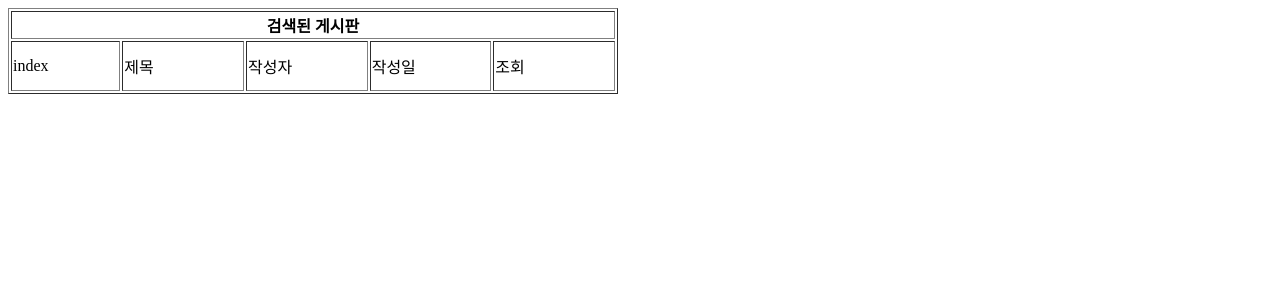
Repository: y2kim/workspace3
Page: http://localhost/WEB_MVC1_JSP_05_25/BoardSearhList.jsp
The author's editor kept a copy of each file at every save. The page is drawn from the files as they stood at one save, then again after the next save.
The browser window is 1280 px wide. The pictures show the whole page.
The page is served by Tomcat 9. Other server files are loaded and not shown.

Above is the page before, as saved 2018-06-04 10:09:02.

### WEB_MVC1_JSP_05_25/WebContent/BoardSearhList.jsp
<%@page import="bean.BoradDAO"%>
<%@ page language="java" contentType="text/html; charset=UTF-8"
    pageEncoding="UTF-8"%>
<!DOCTYPE html PUBLIC "-//W3C//DTD HTML 4.01 Transitional//EN" "http://www.w3.org/TR/html4/loose.dtd">
<html>
<head>
<meta http-equiv="Content-Type" content="text/html; charset=UTF-8">
<title>Insert title here</title>
</head>
<body>

		<%
		     String searchText = (String)request.getParameter("text");
		     BoradDAO bdao = new BoradDAO();
		%>
		<table border="1">
		<tr >
            <th colspan="5" width=600>검색된 게시판</th>
        </tr>
        <tr height=50>
            <td width=25>index</td>
            <td width=40>제목</td>
            <td width=40>작성자</td>
            <td width=40>작성일</td>
            <td width=40>조회</td>
        </tr>
		</table>
</body>
</html>

### WEB_MVC1_JSP_05_25/src/bean/BoradDAO.java
package bean;

import java.sql.Connection;
import java.sql.DriverManager;
import java.sql.PreparedStatement;
import java.sql.ResultSet;
import java.util.ArrayList;
import java.util.List;

public class BoradDAO {

	public Connection dbConnect() throws Exception {
		Class.forName("oracle.jdbc.driver.OracleDriver");
		String DB_URL = "jdbc:oracle:thin:@127.0.0.1:1521:XE";
		String DB_USER = "kh";
		String DB_PASSWORD = "kh";

		return  DriverManager.getConnection(DB_URL, DB_USER, DB_PASSWORD);
	}

	public int insertBorder(BorderInfos bifs , int val) throws Exception {
		Connection cons = dbConnect();
		String sql = "insert into board values(?,?,?,?,sysdate,?,?)";
		PreparedStatement pst = cons.prepareStatement(sql);
		pst.setInt(1,val);
		pst.setString(2,bifs.getTitle());
		pst.setString(3,bifs.getContents());
		pst.setString(4,bifs.getWriter());
		pst.setInt(5,bifs.getViewcount());
		pst.setString(6,bifs.getIp());
		int result = pst.executeUpdate();
		cons.commit();
		pst.close();
		cons.close();
		return result;
	}

	public List<BorderInfos> listBorder() throws Exception{
		List<BorderInfos> list = new ArrayList<>();
		Connection cons = dbConnect();
		String sql = "select * from board ORDER BY seq desc";
		PreparedStatement pst = cons.prepareStatement(sql);
		ResultSet rs = pst.executeQuery();
		while(rs.next()) {
			BorderInfos bifs = new BorderInfos();
			bifs.setSeq(rs.getInt(1));
			bifs.setTitle(rs.getString(2));
			bifs.setContents(rs.getString(3));
			bifs.setWriter(rs.getString(4));
			bifs.setWritedate(rs.getDate(5));
			bifs.setViewcount(rs.getInt(6));
			bifs.setIp(rs.getString(7));

			list.add(bifs);
		}
		rs.close();
		pst.close();
		cons.close();
		return list;
	}


	public List<BorderInfos> showGetPage(int seq) throws Exception{
		List<BorderInfos> list = new ArrayList<>();
		Connection cons = dbConnect();
		String sql = "select * from board where seq = ?";
		PreparedStatement pst = cons.prepareStatement(sql);
		pst.setInt(1,seq);
		ResultSet rs = pst.executeQuery();
		while (rs.next()) {
			BorderInfos bifs = new BorderInfos();
			bifs.setSeq(rs.getInt(1));
			bifs.setTitle(rs.getString(2));
			bifs.setContents(rs.getString(3));
			bifs.setWriter(rs.getString(4));
			bifs.setWritedate(rs.getDate(5));
			bifs.setViewcount(rs.getInt(6));
			bifs.setIp(rs.getString(7));
			list.add(bifs);
		}
		rs.close();
		pst.close();
		cons.close();
		return list;
	}

	public int updateVisite(int seq) throws Exception {
		Connection cons = dbConnect();
		String sql = "update board set viewcount = viewcount+1  where seq = ?";
		PreparedStatement pst = cons.prepareStatement(sql);
		pst.setInt(1, seq);
		int result = pst.executeUpdate();
		cons.commit();
		pst.close();
		cons.close();
		return result;
	}

	public int deleteList(int seq) throws Exception{
		Connection cons = dbConnect();
		String sql = "delete from board where seq = ?";
		PreparedStatement pst = cons.prepareStatement(sql);
		System.out.println("abc");
		pst.setInt(1, seq);
		int result = pst.executeUpdate();
		System.out.println("123");
		cons.commit();
		pst.close();
		cons.close();
		return result;
	}

	public int updateBorde(BorderInfos bifs, int seq) throws Exception {
		Connection cons = dbConnect();
		String sql = "update board set title = ?, contents = ? , writedate = sysdate, ip = ?  where seq = ?";
		//update members set ISBLOCKED='y' where id = 'abcd';
		PreparedStatement pst = cons.prepareStatement(sql);
		pst.setString(1, bifs.getTitle());
		pst.setString(2, bifs.getContents());
		pst.setString(3, bifs.getIp());
		pst.setInt(4, seq);
		int result = pst.executeUpdate();
		cons.commit();
		pst.close();
		cons.close();
		return result;
	}

	public String ischk(int seq) throws Exception {
		Connection cons = dbConnect();
		String sql = "select writer from board where seq = ?";
		PreparedStatement pst = cons.prepareStatement(sql);
		pst.setInt(1,seq);
		ResultSet rs = pst.executeQuery();
		if(rs.next()) {
			String str = rs.getString(1);
			rs.close();
			pst.close();
			cons.close();
			return str;
		}else {
			rs.close();
			pst.close();
			cons.close();
			return null;
		}

	}


	public int allBoard() throws Exception{
		Connection cons = dbConnect();
		String sql = "select count(*) from board";
		PreparedStatement pst = cons.prepareStatement(sql);
		ResultSet rs = pst.executeQuery();
		if(rs.next()) {
			int result = rs.getInt(1);
			rs.close();
			pst.close();
			cons.close();
			return result;
		}else {
			rs.close();
			pst.close();
			cons.close();
			return 0;
		}
	}

	public String getPageNavi(int now) throws Exception {
		Connection cons = dbConnect();
		String sql = "select count(*) totalCount from board";
		PreparedStatement pst = cons.prepareStatement(sql);
		ResultSet rs = pst.executeQuery();
		rs.next();
		rs.getInt("totalCount");

		int recordTotalCount =  rs.getInt("totalCount"); //전체 글의 개수를 저장하는 변수
		int recordCountPerPage = 3; // 한 페이지에 게시글이 몇개 보일건지
		int naviCountPerPage = 3; //  한 페이지에서 내비게이터가 몇개씩 보일건지
		int pageTotalCount =0; // 전체가 몇페이지로 구성 될것인지

		if(recordTotalCount%recordCountPerPage >0) { //0 10d으로 나누어 떨어지지 않음
			pageTotalCount = recordTotalCount / recordCountPerPage +1 ;
		}else {
			pageTotalCount = recordTotalCount / recordCountPerPage;
		}
		//--------------------------------------
		int currentpage = now ; // 임의의 페이지
		if(currentpage < 1) {
			currentpage = 1;
		}else if(currentpage > pageTotalCount) {
			currentpage = pageTotalCount;
		}/// 현재 페이지가 비정상인지 검증하는 코드

		int startNavi = (currentpage-1) / naviCountPerPage * naviCountPerPage +1; /// 네비게이터가 시작하는 값    1- 10  11-20 21-30
		int endNavi = startNavi + naviCountPerPage -1 ; // 네비게이터 끝값

		if(endNavi > pageTotalCount) { // 검증코드
			endNavi = pageTotalCount;
		}
		System.out.println("현재페이지 :" + currentpage);
		System.out.println("네비게이터 시작 :" + startNavi);
		System.out.println("네비게이터 끝 : " + endNavi);
		System.out.println(" 페이지 토탈카운트" + pageTotalCount);
		boolean needPrev = true;
		boolean needNext = true;

		if(startNavi == 1) {
			needPrev = false;
		}
		if(endNavi == pageTotalCount ) {
			needNext = false;
		}
		StringBuilder sb = new StringBuilder(); /// ""   스트링풀  절약
		if(needPrev) {
			if(currentpage+naviCountPerPage>1) {
				sb.append("<a href=\"BorderList.jsp?currentPage="+(currentpage-naviCountPerPage)+"\">");
				sb.append("< ");
				sb.append("</a>");
			}else {
				sb.append("<a href=\"BorderList.jsp?currentPage="+(1)+"\">");
				sb.append("< ");
				sb.append("</a>");
			}

		}
		for(int i = startNavi;i<=endNavi;i++) {
			sb.append("<a href=\"BorderList.jsp?currentPage="+i+"\">");
			sb.append(i + " ");
			sb.append("</a>");
		}
		if(needNext) {
			if(currentpage+naviCountPerPage<=pageTotalCount) {
			sb.append("<a href=\"BorderList.jsp?currentPage="+(currentpage+naviCountPerPage)+"\">");
			sb.append(">");
			sb.append("</a>");
			}else {
				sb.append("<a href=\"BorderList.jsp?currentPage="+(pageTotalCount)+"\">");
				sb.append(">");
				sb.append("</a>");
			}
		}
		pst.close();
		rs.close();
		return sb.toString();
	}

	public void makeDummyDate() throws Exception { /// 좀있다 가져올것
		Connection cons = dbConnect();
		String sql = "insert into board values ()";
		PreparedStatement pst = cons.prepareStatement(sql);
		ResultSet rs = pst.executeQuery();

	}


    public int lastValue() throws Exception {
    	Connection cons = dbConnect();
    	String sql = "select * from (select seq from board ORDER BY seq desc) where rownum <=1";
    	//여러 사람이 동시에 쿼리 날리는 경우 위험
    	PreparedStatement pst = cons.prepareStatement(sql);
		ResultSet rs = pst.executeQuery();
		if(rs.next()) {
			int result = rs.getInt(1);
			rs.close();
			pst.close();
			cons.close();
			return result;
		}else {
			return 0;
		}
    }

	public int callNextSeq() throws Exception {
		Connection cons = dbConnect();
		String sql = "select bodka.nextval from dual";
		PreparedStatement pst = cons.prepareStatement(sql);
		ResultSet rs = pst.executeQuery();
		if(rs.next()) {
			int result = rs.getInt(1);
			rs.close();
			pst.close();
			cons.close();
			return result;
		}else {
			return 0;
		}
	}

	public List<BorderInfos> searchboard(String title , int large, int small) throws Exception {
		List<BorderInfos> list = new ArrayList<>();
		Connection cons = dbConnect();
		String sql = "select * from board b where title like ? order by seq desc";
		PreparedStatement pst = cons.prepareStatement(sql);
		pst.setString(1, "%"+title+"%");
		pst.setInt(2,large);
		pst.setInt(3,small);
		ResultSet rs = pst.executeQuery();
		while(rs.next()) {
			BorderInfos bifs = new BorderInfos();
			bifs.setSeq(rs.getInt(1));
			bifs.setTitle(rs.getString(2));
			bifs.setContents(rs.getString(3));
			bifs.setWriter(rs.getString(4));
			bifs.setWritedate(rs.getDate(5));
			bifs.setViewcount(rs.getInt(6));
			bifs.setIp(rs.getString(7));
			list.add(bifs);
		}
		rs.close();
		pst.close();
		cons.close();
		return list;

	}

	public List<BorderInfos> searchBoardCut(String title , int large, int small) throws Exception {
		List<BorderInfos> list = new ArrayList<>();
		Connection cons = dbConnect();
		String sql = "select * from(select b.*, rownum as rnum from(select * from board b where title like ? order by seq desc)b where rownum <= ? ) where rnum >?";
		PreparedStatement pst = cons.prepareStatement(sql);
		pst.setString(1, "%"+title+"%");
		pst.setInt(2,large);
		pst.setInt(3,small);
		ResultSet rs = pst.executeQuery();
		while(rs.next()) {
			BorderInfos bifs = new BorderInfos();
			bifs.setSeq(rs.getInt(1));
			bifs.setTitle(rs.getString(2));
			bifs.setContents(rs.getString(3));
			bifs.setWriter(rs.getString(4));
			bifs.setWritedate(rs.getDate(5));
			bifs.setViewcount(rs.getInt(6));
			bifs.setIp(rs.getString(7));
			list.add(bifs);
		}
		rs.close();
		pst.close();
		cons.close();
		return list;

	}


	public List<BorderInfos> listBordercut(int large, int small) throws Exception{
		List<BorderInfos> list = new ArrayList<>();
		Connection cons = dbConnect();
		String sql = "select * from (select b.*, rownum as rnum from ( select * from board b order by seq desc)b where rownum <=?)where  rnum >?";
		PreparedStatement pst = cons.prepareStatement(sql);
		pst.setInt(1,large);
		pst.setInt(2,small);
		ResultSet rs = pst.executeQuery();
		while(rs.next()) {
			BorderInfos bifs = new BorderInfos();
			bifs.setSeq(rs.getInt(1));
			bifs.setTitle(rs.getString(2));
			bifs.setContents(rs.getString(3));
			bifs.setWriter(rs.getString(4));
			bifs.setWritedate(rs.getDate(5));
			bifs.setViewcount(rs.getInt(6));
			bifs.setIp(rs.getString(7));

			list.add(bifs);
		}
		rs.close();
		pst.close();
		cons.close();
		return list;
	}



}

After the next save:
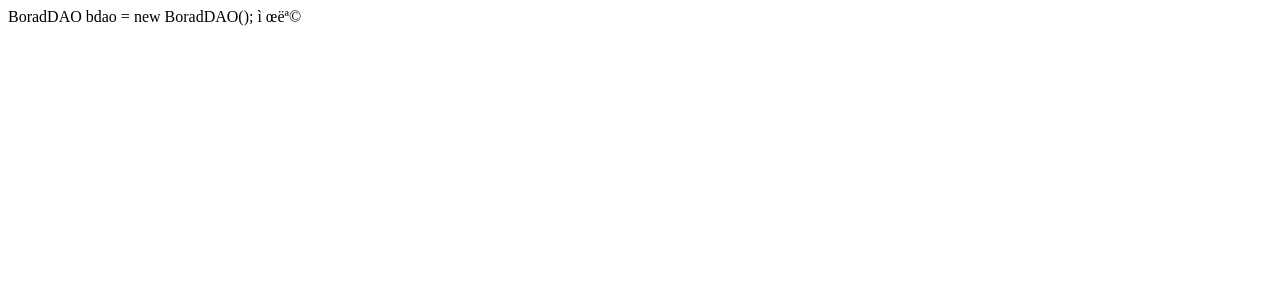
Saved 15 s later.
--- a/WEB_MVC1_JSP_05_25/WebContent/BoardSearhList.jsp
+++ b/WEB_MVC1_JSP_05_25/WebContent/BoardSearhList.jsp
@@ -1,29 +1,2 @@
-<%@page import="bean.BoradDAO"%>
-<%@ page language="java" contentType="text/html; charset=UTF-8"
-    pageEncoding="UTF-8"%>
-<!DOCTYPE html PUBLIC "-//W3C//DTD HTML 4.01 Transitional//EN" "http://www.w3.org/TR/html4/loose.dtd">
-<html>
-<head>
-<meta http-equiv="Content-Type" content="text/html; charset=UTF-8">
-<title>Insert title here</title>
-</head>
-<body>
-
-		<%
-		     String searchText = (String)request.getParameter("text");
 		     BoradDAO bdao = new BoradDAO();
-		%>
-		<table border="1">
-		<tr >
-            <th colspan="5" width=600>검색된 게시판</th>
-        </tr>
-        <tr height=50>
-            <td width=25>index</td>
             <td width=40>제목</td>
-            <td width=40>작성자</td>
-            <td width=40>작성일</td>
-            <td width=40>조회</td>
-        </tr>
-		</table>
-</body>
-</html>

After the 5 saves that followed:
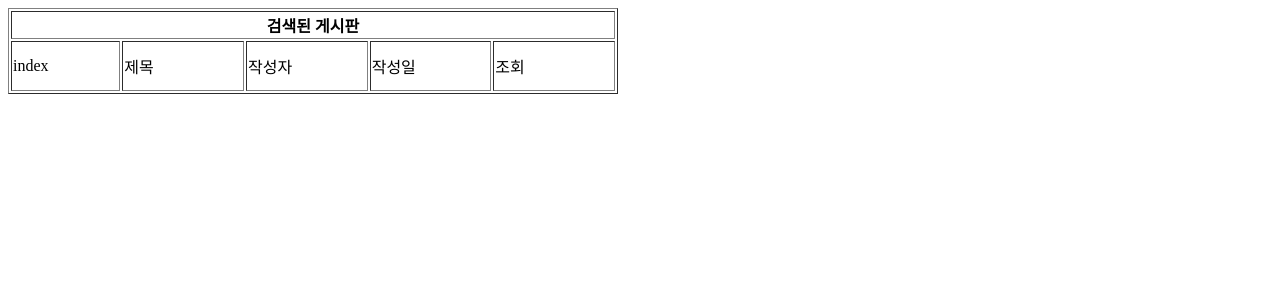
The 5 saves are shown as one change because 3 did not build or start and some came seconds apart.
The last was saved 7 min 20 s later.
--- a/WEB_MVC1_JSP_05_25/WebContent/BoardSearhList.jsp
+++ b/WEB_MVC1_JSP_05_25/WebContent/BoardSearhList.jsp
@@ -1,2 +1,45 @@
-		     BoradDAO bdao = new BoradDAO();
-            <td width=40>제목</td>
+<%@page import="bean.BoradDAO"%>
+<%@ page language="java" contentType="text/html; charset=UTF-8"
+	pageEncoding="UTF-8"%>
+<!DOCTYPE html PUBLIC "-//W3C//DTD HTML 4.01 Transitional//EN" "http://www.w3.org/TR/html4/loose.dtd">
+<html>
+<head>
+<meta http-equiv="Content-Type" content="text/html; charset=UTF-8">
+<title>Insert title here</title>
+</head>
+<body>
+
+	<%
+		int pages = 0;
+		try {
+			pages = Integer.parseInt(request.getParameter("page"));
+		} catch (Exception e) {
+			pages = 0;
+		}
+
+		if (pages == 0) {
+			pages = 1;
+		} else {
+			pages = Integer.parseInt(request.getParameter("page"));
+		}
+		BoradDAO bdao = new BoradDAO();
+
+		String searchText = (String) request.getParameter("text");
+	%>
+	<table border="1">
+		<tr>
+			<th colspan="5" width=600>검색된 게시판</th>
+		</tr>
+		<tr height=50>
+			<td width=25>index</td>
+			<td width=40>제목</td>
+			<td width=40>작성자</td>
+			<td width=40>작성일</td>
+			<td width=40>조회</td>
+		</tr>
+		<%
+
+		%>
+	</table>
+</body>
+</html>
